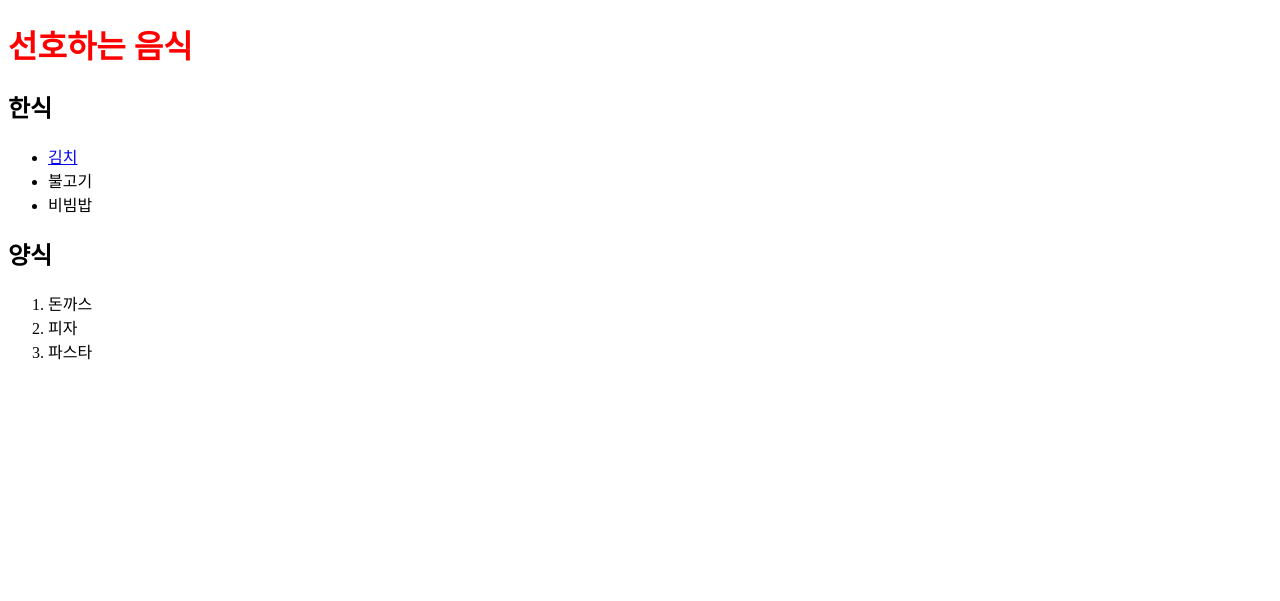
Repository: reddrinkbro/JSPStudy
Page: javascript/WebContent/4객체/dom_ob2.html
The author's editor kept a copy of each file at every save. The page is drawn from the files as they stood at one save, then again after the next save.
The browser window is 1280 px wide. The pictures show the whole page.

Above is the page before, as saved 2020-04-10 00:36:52.

After the next save:
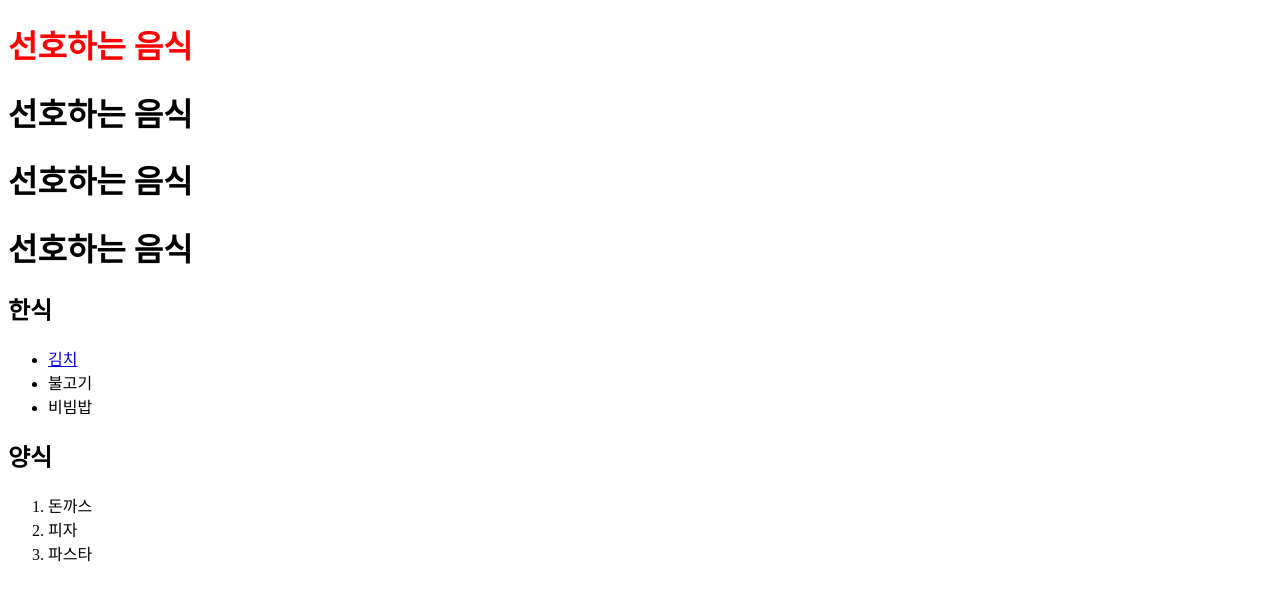
Saved 15 s later.
--- a/javascript/WebContent/4객체/dom_ob2.html
+++ b/javascript/WebContent/4객체/dom_ob2.html
@@ -5,6 +5,9 @@
 <title>DOM객체</title>
 </head>
 <body>
+	<h1>선호하는 음식</h1>
+	<h1>선호하는 음식</h1>
+	<h1>선호하는 음식</h1>
 	<h1>선호하는 음식</h1>
 	<div id ="food_1">
 		<h2 id= "title">한식</h2>
